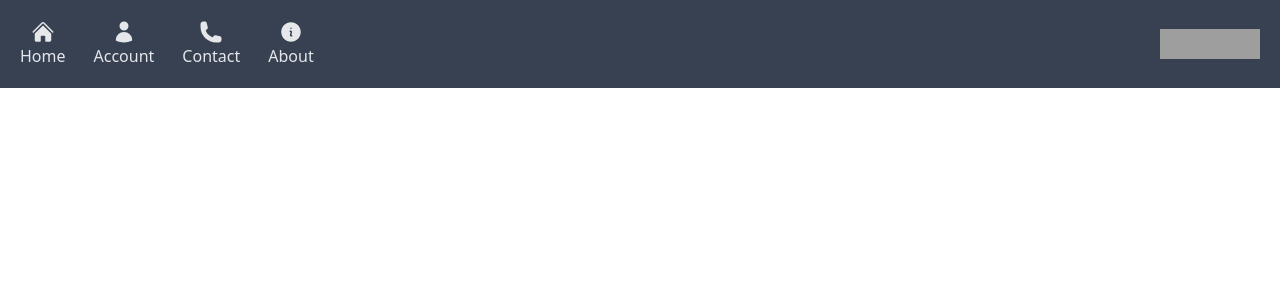
Repository: lyvandat/imdb-movie
Page: /
An editor plug-in stored every save of this project. The page is shown before and after a run of saves, followed by the edit.
The browser window is 1280 px wide. The pictures show the whole page.
Pictures or frames that could not be fetched are drawn as grey boxes. The project was rebuilt for these pictures with package versions that can differ from the ones it lists, and the page was loaded fresh each time. The framework's server and built-in components were replaced by stand-ins that run in the browser. Also part of the build but not shown: next.config.js.

Above is the page before, as saved 2022-10-04 10:37:30.

After the next 2 saves:
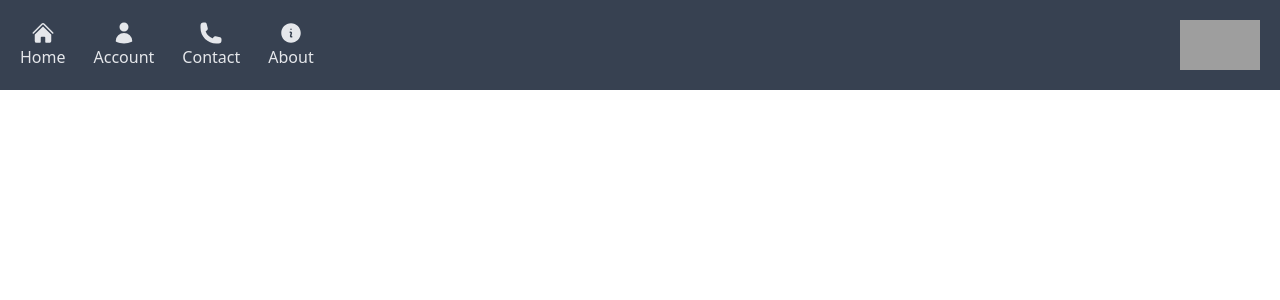
The 2 saves are shown as one change because they came seconds apart.
The last was saved 6 s later.
--- a/components/Header.js
+++ b/components/Header.js
@@ -34,8 +34,8 @@ function Header() {
       </ul>
       <Image
         src="https://th.bing.com/th/id/R.96d6a3163510b47bda4d016b465fb380?rik=RdmM%2faKqGkQOUw&riu=http%3a%2f%2fimg4.wikia.nocookie.net%2f__cb20130124112826%2flogopedia%2fimages%2f8%2f8e%2fIMDB.png&ehk=Svd7%2fn42Zig1owSS1hb%2b2k8bFFdbEKW6iFyTQu2u5yw%3d&risl=&pid=ImgRaw&r=0"
-        width={100}
-        height={30}
+        width={80}
+        height={50}
         layout="fixed"
         className="hover:brightness-110"
       />
